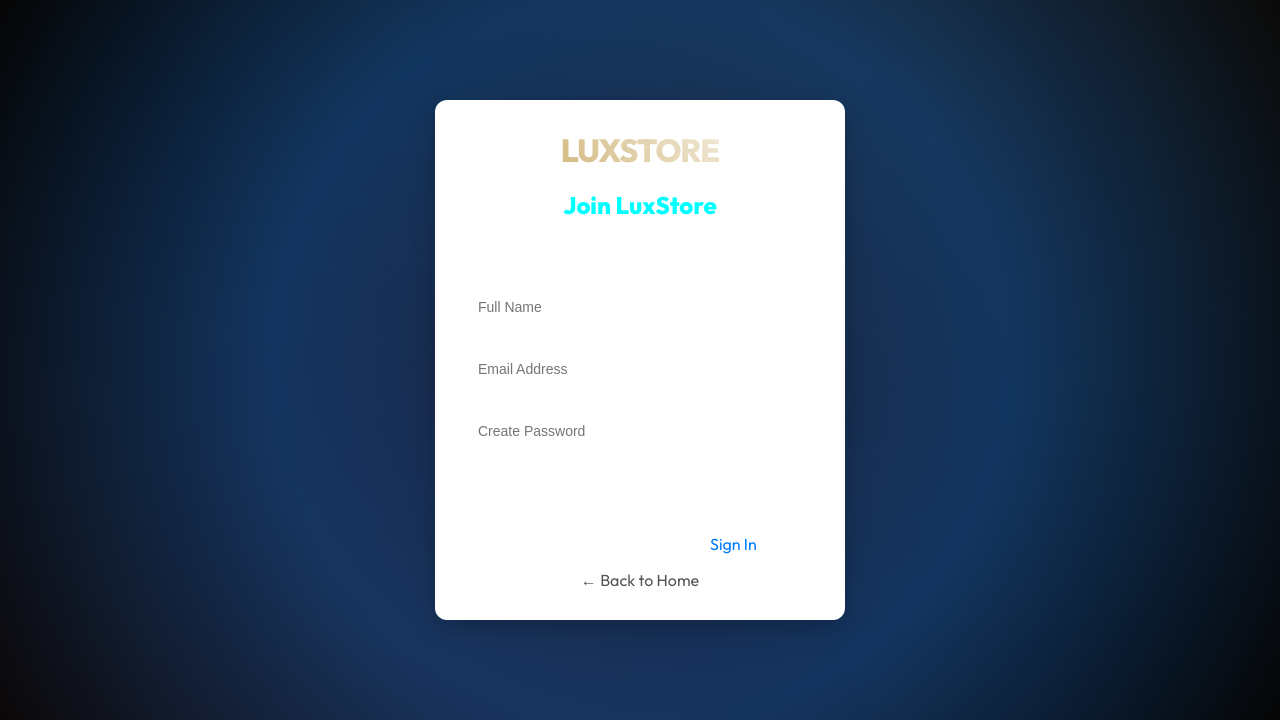
Repository: pradeepkumarh-17/Ecommerce
Page: http://localhost/EcomStore/views/auth/register.jsp
These files come from the project's save history. The page is drawn as it stood at one moment and after the next save; the edit follows.
The browser window is 1280 px wide. The pictures show the whole page.
Some web libraries are served in a nearby version. The page is served by Tomcat 10. Other server files are loaded and not shown.

Above is the page before, as saved 2026-05-03 07:56:38.

### EcomStore/src/main/webapp/views/auth/register.jsp
<%@ page contentType="text/html; charset=UTF-8" pageEncoding="UTF-8"%>

<!DOCTYPE html>
<html>
<head>
    <meta charset="UTF-8">
    <meta name="viewport" content="width=device-width, initial-scale=1.0">
    <title>Create Account | LuxStore</title>

    <!-- Google Fonts -->
    <link rel="preconnect" href="https://fonts.googleapis.com">
    <link rel="preconnect" href="https://fonts.gstatic.com" crossorigin>
    <link href="https://fonts.googleapis.com/css2?family=Outfit:wght@300;400;600;800&display=swap" rel="stylesheet">

    <link rel="stylesheet" href="<%= request.getContextPath() %>/assets/css/auth.css">
    <link rel="stylesheet" href="<%= request.getContextPath() %>/assets/css/modern-ui.css">

    <!-- GSAP -->
    <script src="https://cdnjs.cloudflare.com/ajax/libs/gsap/3.12.2/gsap.min.js"></script>
</head>

<body class="auth-page">

    <div class="bg-animation"></div>

    <div class="auth-container container-3d">

        <div class="auth-box glass-panel">

            <div class="logo">LUX<span>STORE</span></div>
            <h2>Join LuxStore</h2>
            <p class="subtitle">Experience premium shopping like never before</p>

            <form action="<%= request.getContextPath() %>/auth" method="post" class="animated-form">

                <input type="hidden" name="action" value="register">

                <div class="input-group">
                    <input type="text" name="name" placeholder="Full Name" required>
                </div>

                <div class="input-group">
                    <input type="email" name="email" placeholder="Email Address" required>
                </div>

                <div class="input-group">
                    <input type="password" name="password" placeholder="Create Password" required>
                </div>

                <button type="submit" class="cart-btn">Create Account</button>

            </form>

            <p class="switch">
                Already have an account? <a href="<%= request.getContextPath() %>/views/auth/login.jsp">Sign In</a>
            </p>

            <a class="back-home" href="<%= request.getContextPath() %>/views/user/home.jsp">
                <span>&larr;</span> Back to Home
            </a>
        </div>

    </div>

    <script>
        document.addEventListener('DOMContentLoaded', () => {
            gsap.from('.auth-box', {
                duration: 1.2,
                y: 100,
                opacity: 0,
                scale: 0.8,
                rotationX: -20,
                ease: 'power4.out'
            });

            gsap.from('.input-group, .cart-btn', {
                duration: 1,
                x: 30,
                opacity: 0,
                stagger: 0.1,
                delay: 0.5,
                ease: 'power3.out'
            });
        });
    </script>
</body>
</html>

### EcomStore/src/main/webapp/assets/css/auth.css
body {
    margin: 0;
    font-family: 'Segoe UI', sans-serif;
    background: linear-gradient(135deg, #4facfe, #00f2fe);
    height: 100vh;
}

/* CENTER */
.auth-container {
    display: flex;
    justify-content: center;
    align-items: center;
    height: 100%;
}

/* CARD */
.auth-box {
    width: 350px;
    padding: 30px;
    background: white;
    border-radius: 12px;
    box-shadow: 0 8px 25px rgba(0,0,0,0.2);
    text-align: center;
}

/* TITLE */
.auth-box h2 {
    margin-bottom: 20px;
    color:#00ffff;
}

/* INPUT */
.auth-box input {
    width: 100%;
    padding: 12px;
    margin: 10px 0;
    border-radius: 8px;
    border: 1px solid rgb(128, 255, 0);
    font-size: 14px;
}

/* FOCUS */
.auth-box input:focus {
    border-color: #28a745;
    outline: none;
}

/* BUTTON */
.auth-box button {
    width: 100%;
    padding: 12px;
    background: #ff0000; /* red */
    color: white;
    border: none;
    border-radius: 8px;
    font-size: 16px;
    cursor: pointer;
    transition: 0.3s;
}

/* Hover effect */
.auth-box button:hover {
    background: #ff0000; /* darker red */
}

/* SWITCH LINK */
.switch {
    margin-top: 15px;
}

.switch a {
    color: #007bff;
    text-decoration: none;
}

/* BACK HOME */
.back-home {
    display: block;
    margin-top: 15px;
    text-decoration: none;
    color: #555;
}

/* ERROR */
.error {
    color: red;
    margin-bottom: 10px;
}

### EcomStore/src/main/webapp/assets/css/modern-ui.css
:root {
    --primary: #c5a358; /* Gold accent */
    --secondary: #1a1a2e; /* Deep dark blue */
    --accent: #e94560; /* Vibrant pink/red */
    --bg-dark: #0f3460;
    --glass: rgba(255, 255, 255, 0.05);
    --glass-border: rgba(255, 255, 255, 0.1);
    --glass-text: rgba(255, 255, 255, 0.8);
    --shadow-3d: 0 20px 40px rgba(0,0,0,0.4), 0 10px 10px rgba(0,0,0,0.2);
    --transition-fast: 0.3s cubic-bezier(0.4, 0, 0.2, 1);
    --transition-slow: 0.6s cubic-bezier(0.4, 0, 0.2, 1);
}

@import url('https://fonts.googleapis.com/css2?family=Outfit:wght@300;400;600;800&display=swap');

body {
    margin: 0;
    font-family: 'Outfit', sans-serif;
    background: #050505;
    color: #fff;
    overflow-x: hidden;
    scroll-behavior: smooth;
}

/* Animated Gradient Background */
.bg-animation {
    position: fixed;
    top: 0;
    left: 0;
    width: 100%;
    height: 100%;
    background: radial-gradient(circle at 50% 50%, #16213e 0%, #0f3460 50%, #050505 100%);
    z-index: -1;
    overflow: hidden;
}

.bg-animation::after {
    content: '';
    position: absolute;
    top: -50%;
    left: -50%;
    width: 200%;
    height: 200%;
    background: radial-gradient(circle at 30% 30%, rgba(197, 163, 88, 0.05) 0%, transparent 40%),
                radial-gradient(circle at 70% 70%, rgba(233, 69, 96, 0.05) 0%, transparent 40%);
    animation: rotateBG 20s linear infinite;
}

@keyframes rotateBG {
    0% { transform: rotate(0deg); }
    100% { transform: rotate(360deg); }
}

/* 3D Perspective Container */
.container-3d {
    perspective: 1000px;
}

/* Glassmorphism Header */
.header {
    background: rgba(15, 52, 96, 0.7) !important;
    backdrop-filter: blur(15px);
    border-bottom: 1px solid var(--glass-border);
    position: sticky;
    top: 0;
    z-index: 1000;
    padding: 15px 60px !important;
    transition: var(--transition-fast);
}

.header.scrolled {
    padding: 10px 60px !important;
    background: rgba(15, 52, 96, 0.9) !important;
}

.logo {
    font-size: 32px !important;
    background: linear-gradient(45deg, var(--primary), #fff);
    -webkit-background-clip: text;
    background-clip: text;
    -webkit-text-fill-color: transparent;
    font-weight: 800 !important;
    letter-spacing: -1px;
}

.nav-links a {
    color: var(--glass-text) !important;
    position: relative;
    font-weight: 400 !important;
    padding: 5px 10px;
    border-radius: 5px;
    transition: var(--transition-fast);
}

.nav-links a::after {
    content: '';
    position: absolute;
    bottom: 0;
    left: 50%;
    width: 0;
    height: 2px;
    background: var(--primary);
    transition: var(--transition-fast);
    transform: translateX(-50%);
}

.nav-links a:hover {
    color: #fff !important;
}

.nav-links a:hover::after {
    width: 80%;
}

/* 3D Glass Product Card */
.product-card {
    background: var(--glass) !important;
    backdrop-filter: blur(10px);
    border: 1px solid var(--glass-border) !important;
    border-radius: 20px !important;
    padding: 20px !important;
    transform-style: preserve-3d;
    transition: transform 0.5s cubic-bezier(0.23, 1, 0.32, 1), box-shadow 0.5s ease !important;
    position: relative;
}

.product-card:hover {
    transform: translateY(-10px) rotateX(5deg) rotateY(-5deg) !important;
    box-shadow: 0 30px 60px rgba(0,0,0,0.6) !important;
    border-color: var(--primary) !important;
}

.product-card img {
    border-radius: 15px !important;
    transform: translateZ(20px);
    transition: var(--transition-fast);
    box-shadow: 0 10px 20px rgba(0,0,0,0.3);
}

.product-card h3 {
    color: #fff !important;
    transform: translateZ(30px);
    margin: 15px 0 5px 0 !important;
}

.product-card .price {
    color: var(--primary) !important;
    transform: translateZ(25px);
    font-size: 20px !important;
}

.cart-btn {
    background: linear-gradient(45deg, var(--primary), #b08d42) !important;
    border: none !important;
    border-radius: 30px !important;
    color: #000 !important;
    font-weight: 700 !important;
    padding: 12px !important;
    margin-top: 15px !important;
    transform: translateZ(40px);
    transition: var(--transition-fast) !important;
    cursor: pointer;
}

.cart-btn:hover {
    background: #fff !important;
    transform: translateZ(50px) scale(1.05) !important;
    box-shadow: 0 0 20px var(--primary);
}

/* Hero Section Enhancement */
.hero {
    height: 450px !important;
    border-radius: 30px !important;
    position: relative;
    overflow: hidden;
    background: none !important;
    border: 1px solid var(--glass-border);
}

.hero::before {
    content: '';
    position: absolute;
    top: 0;
    left: 0;
    width: 100%;
    height: 100%;
    background: linear-gradient(rgba(0,0,0,0.2), rgba(0,0,0,0.8)), url('https://images.unsplash.com/photo-1441986300917-64674bd600d8?ixlib=rb-1.2.1&auto=format&fit=crop&w=1350&q=80');
    background-size: cover;
    background-position: center;
    z-index: -1;
    transition: transform 5s ease;
}

.hero:hover::before {
    transform: scale(1.1);
}

.hero h1 {
    font-size: 64px !important;
    color: #fff !important;
    text-shadow: 0 10px 20px rgba(0,0,0,0.5);
    margin-bottom: 20px !important;
}

.hero .btn {
    background: var(--primary) !important;
    color: #000 !important;
    padding: 15px 40px !important;
    border-radius: 50px !important;
    font-size: 18px !important;
    box-shadow: 0 10px 20px rgba(197, 163, 88, 0.3);
}

/* Category Cards */
.category-card {
    background: var(--glass) !important;
    border: 1px solid var(--glass-border) !important;
    color: #fff !important;
    border-radius: 15px !important;
    padding: 20px 40px !important;
    transition: var(--transition-fast) !important;
}

.category-card:hover {
    background: var(--primary) !important;
    color: #000 !important;
    transform: scale(1.1) rotate(2deg) !important;
}

/* Forms */
input, select, textarea {
    background: rgba(255,255,255,0.05) !important;
    border: 1px solid var(--glass-border) !important;
    color: #fff !important;
    border-radius: 8px !important;
    padding: 12px !important;
    transition: var(--transition-fast);
}

input:focus {
    border-color: var(--primary) !important;
    background: rgba(255,255,255,0.1) !important;
    box-shadow: 0 0 15px rgba(197, 163, 88, 0.2);
    outline: none;
}

/* Premium Scrollbar */
::-webkit-scrollbar {
    width: 8px;
}

::-webkit-scrollbar-track {
    background: #050505;
}

::-webkit-scrollbar-thumb {
    background: var(--primary);
    border-radius: 10px;
}

::-webkit-scrollbar-thumb:hover {
    background: #fff;
}

After the next save:
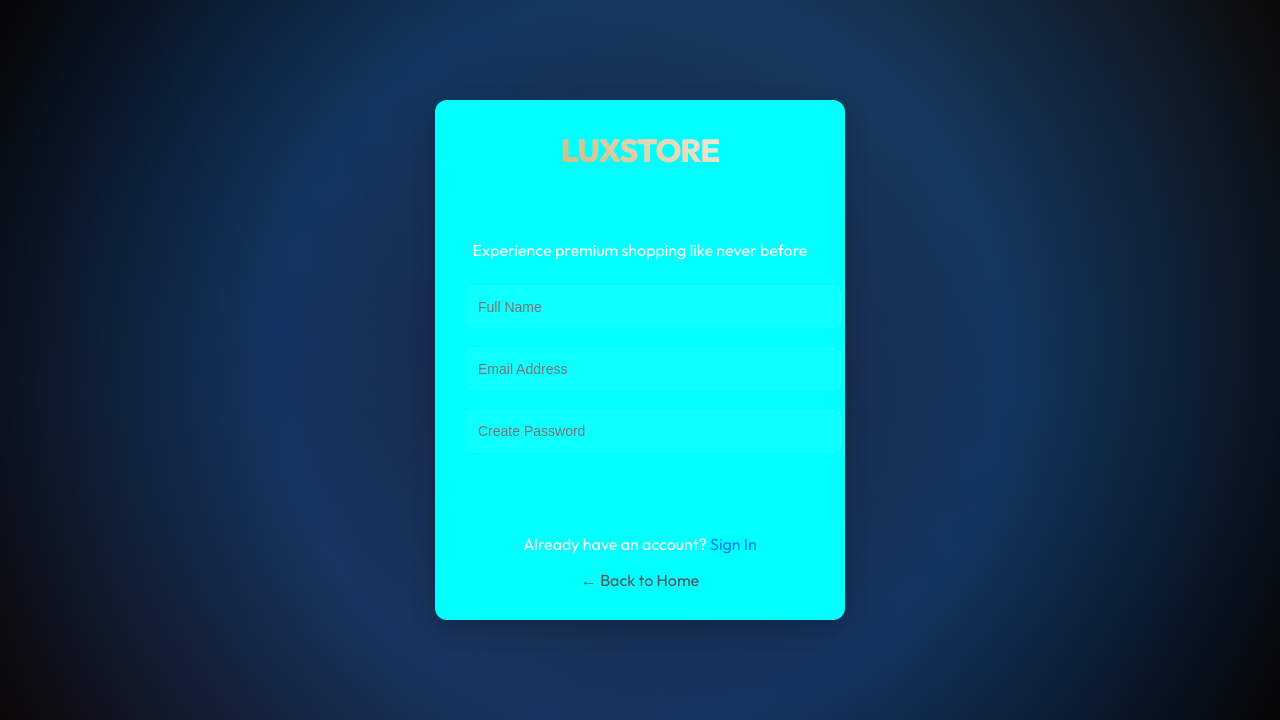
Saved 42 s later.
--- a/EcomStore/src/main/webapp/assets/css/auth.css
+++ b/EcomStore/src/main/webapp/assets/css/auth.css
@@ -17,7 +17,7 @@ body {
 .auth-box {
     width: 350px;
     padding: 30px;
-    background: white;
+    background: rgb(0, 255, 255);
     border-radius: 12px;
     box-shadow: 0 8px 25px rgba(0,0,0,0.2);
     text-align: center;
